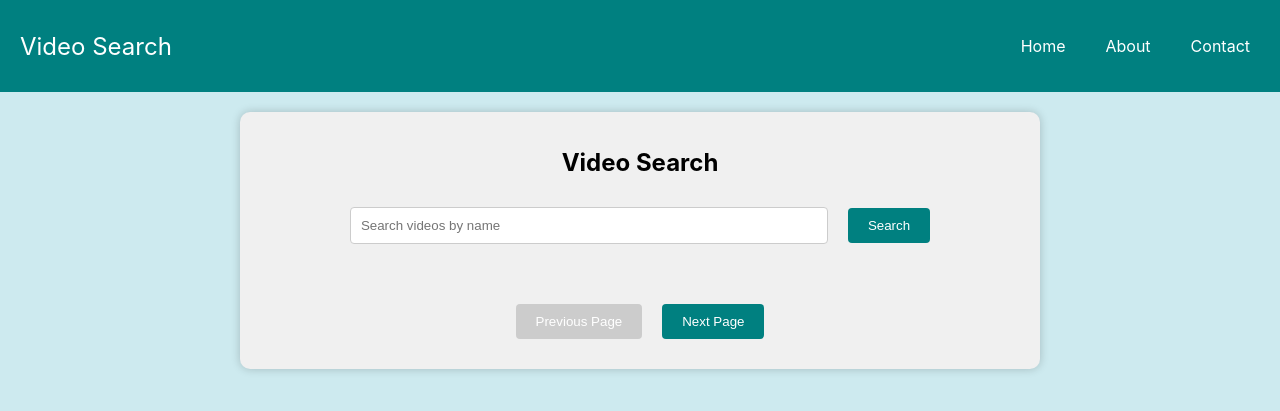
Repository: LolaSL/video-search
Page: /
The author's editor kept a copy of each file at every save. The page is drawn from the files as they stood at one save, then again after the next save.
The browser window is 1280 px wide. The pictures show the whole page.
The project was rebuilt for these pictures with package versions that can differ from the ones it lists, and the page was loaded fresh each time.

Above is the page before, as saved 2023-08-12 14:24:47.

### src/App.js
import React from 'react';
import './App.css';
import VideoSearch from './VideoSearch.jsx';
import Navbar from './Navbar.jsx';
import { BrowserRouter as Router } from 'react-router-dom';

function App() {
  return (
    <Router>
      <div className="App">
        <Navbar />
        <div className="container">
          <VideoSearch />
        </div>
      </div>
    </Router>
  );
}

export default App;

### src/App.css
.App {
  text-align: center;
  text-shadow: 1px 1px solid grey;
  background: #cdeaef;
  height: 100vh;
}

.container {
  max-width: 800px;
  margin: 0 auto;
  padding: 20px;
}

h1 {
  font-size: 24px;
  margin-bottom: 20px;
}

input[type="text"] {
  padding: 10px;
  width: 60%;
  margin: 10px;
  border: 1px solid #ccc;
  border-radius: 4px;
}

.video-search-container {
  max-width: 800px;
  margin: 0 auto;
  padding: 20px;
  background-color: #f0f0f0;
  border-radius: 10px;
  box-shadow: 0 0 10px rgba(0, 0, 0, 0.2);
}

/* Video List */
.video-list {
  display: grid;
  grid-template-columns: repeat(auto-fill, minmax(300px, 1fr));
  gap: 20px;
  margin-top: 20px;
}

/* Video Item */
.video-item {
  background-color: #ffffff;
  border-radius: 10px;
  box-shadow: 0 4px 6px rgba(0, 0, 0, 0.1);
}

.video-container {
  position: relative;
  overflow: hidden;
  padding-top: 56.25%;
}

.video-frame {
  position: absolute;
  top: 0;
  left: 0;
  width: 100%;
  height: 100%;
}

.video-iframe {
  width: 100%;
  height: 100%;
  border: none;
}

button {
  margin: 10px;
  padding: 10px 20px;
  background: teal;
  color: #fff;
  border: none;
  border-radius: 4px;
  cursor: pointer;
}

button:disabled {
  background-color: #ccc;
  cursor: not-allowed;
}

iframe {
  width: 100%;
  height: 415px;
  border: none;
  margin-top: 15px;
}

.video-item {
  margin: 20px 0;
  padding: 20px;
  border: 1px solid #ccc;
  border-radius: 4px;
}

.video-title {
  font-size: 18px;
  margin-bottom: 10px;
}

.pagination {
  margin-top: 20px;
}

.pagination button {
  margin-right: 10px;
}
/* Navbar styles */
.navbar {
  display: flex;
  justify-content: space-between;
  align-items: center;
  padding: 10px 20px;
  background: teal;
  color: white;
}

.navbar-logo {
  font-size: 1.5rem;
}

.nav-toggle {
  display: none;
  background: none;
  border: none;
  color: white;
  font-size: 1rem;
  cursor: pointer;
}

.navbar-nav {
  list-style: none;
  display: flex;
  gap: 20px;
}

.nav-item {
  padding: 10px;
}

.nav-link {
  color: white;
  text-decoration: none;
}

/* Show the navigation links when the navbar is open */
.navbar-nav.open {
  display: flex;
  flex-direction: column;
  position: absolute;
  background-color: #333;
  top: 55px;
  right: 20px;
  z-index: 1000;
}

@media screen and (max-width: 768px) {
  .container {
    padding: 10px;
    margin: 30px;
  }

  input[type="text"] {
    width: 80%;
    margin: 20px;
    margin-bottom: 10px;
  }

  button {
    width: 50%;
    margin-bottom: 10px;
  }

  .video-item {
    padding: 10px;
    margin: 10px 20px;
  }

  .pagination {
    text-align: center;
  }
}

### src/VideoSearch.jsx
import React, { useState } from 'react';
import axios from "axios";

const API_KEY = 'AIzaSyAZw_7fp6hzKHZ_UNfC9jRiNJBWZQnTOmM';
const CHANNEL_ID = 'CSgDjZ_Vv8g';
const RESULTS_PER_PAGE = 10;


const VideoSearch = () => {
  const [videos, setVideos] = useState([]);
  const [searchTerm, setSearchTerm] = useState('');
  const [currentPage, setCurrentPage] = useState(1);

  const searchVideos = async () => {
    try {
      const response = await axios.get(
        `https://www.googleapis.com/youtube/v3/search?key=${API_KEY}&channelId=${CHANNEL_ID}&part=snippet,id&type=video&q=${searchTerm}&maxResults=${RESULTS_PER_PAGE}&pageToken=${currentPage > 1 ? videos.length : ''}`
      );

      setVideos(response.data.items);
    } catch (error) {
      console.error('Error fetching videos:', error);
    }
  };

  const handlePageChange = (newPage) => {
    setCurrentPage(newPage);
    searchVideos();
  };

  return (
    <div className="video-search-container">
      <h1>Video Search</h1>
      <input
        type="text"
        placeholder="Search videos by name"
        value={searchTerm}
        onChange={(e) => setSearchTerm(e.target.value)}
      />
      <button onClick={() => handlePageChange(1)}>Search</button>

      <div className="video-list">
        {videos.map((video) => (
          <div key={video.id.videoId} className="video-item">
            <h2>{video.snippet.title}</h2>
            <div className="video-container">
              <div className="video-frame">
                <iframe
                  title={video.snippet.title}
                  src={`https://www.youtube.com/embed/${video.id.videoId}`}
                  className="video-iframe"
                  allowFullScreen
                ></iframe>
              </div>
            </div>
          </div>
        ))}
      </div>

      <div className="pagination">
        <button
          onClick={() => handlePageChange(currentPage - 1)}
          disabled={currentPage === 1}
        >
          Previous Page
        </button>
        <button onClick={() => handlePageChange(currentPage + 1)}>Next Page</button>
      </div>
    </div>
  );
};

export default VideoSearch;

### src/Navbar.jsx
import React, { useState } from 'react';
import { Link } from 'react-router-dom';

const Navbar = () => {
  const [isNavOpen, setIsNavOpen] = useState(false);

  const toggleNav = () => {
    setIsNavOpen(!isNavOpen);
  };

  return (
    <nav className="navbar">
      <div className="navbar-brand">
        <span className="navbar-logo">Video Search</span>
      </div>
      <button className="nav-toggle" onClick={toggleNav}>
        {isNavOpen ? 'Close' : 'Open'}
      </button>
      <ul className={`navbar-nav ${isNavOpen ? 'open' : ''}`}>
        <li className="nav-item">
          <Link to="/" className="nav-link">Home</Link>
        </li>
        <li className="nav-item">
          <Link to="/about" className="nav-link">About</Link>
        </li>
        <li className="nav-item">
          <Link to="/contact" className="nav-link">Contact</Link>
        </li>
      </ul>
    </nav>
  );
};

export default Navbar;

Loaded but not shown: public/index.html (common file); src/index.js (common file); src/index.css (common file); src/reportWebVitals.js (common file)

After the next save:
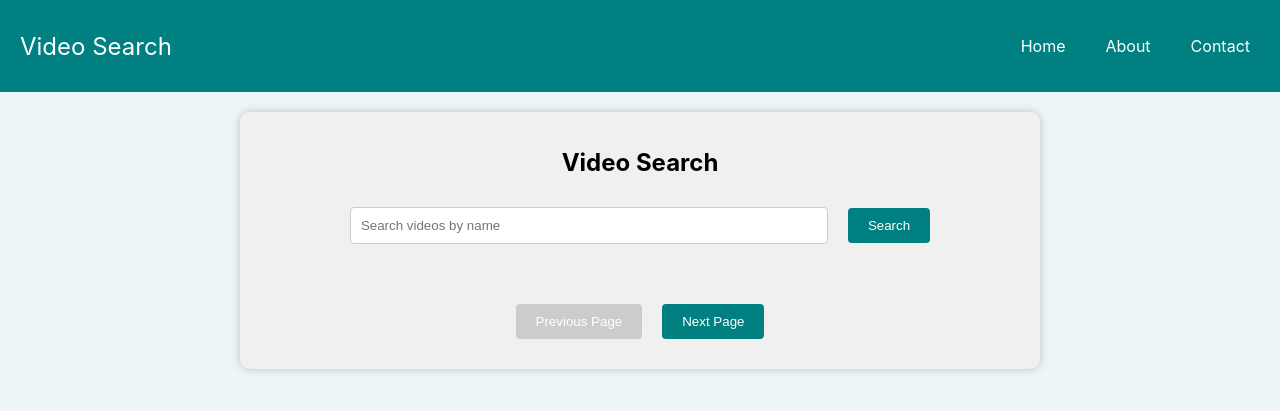
Saved 13 s later.
--- a/src/App.css
+++ b/src/App.css
@@ -1,7 +1,7 @@
 .App {
   text-align: center;
   text-shadow: 1px 1px solid grey;
-  background: #cdeaef;
+  background: #eef5f7;
   height: 100vh;
 }
 

After the 2 saves that followed:
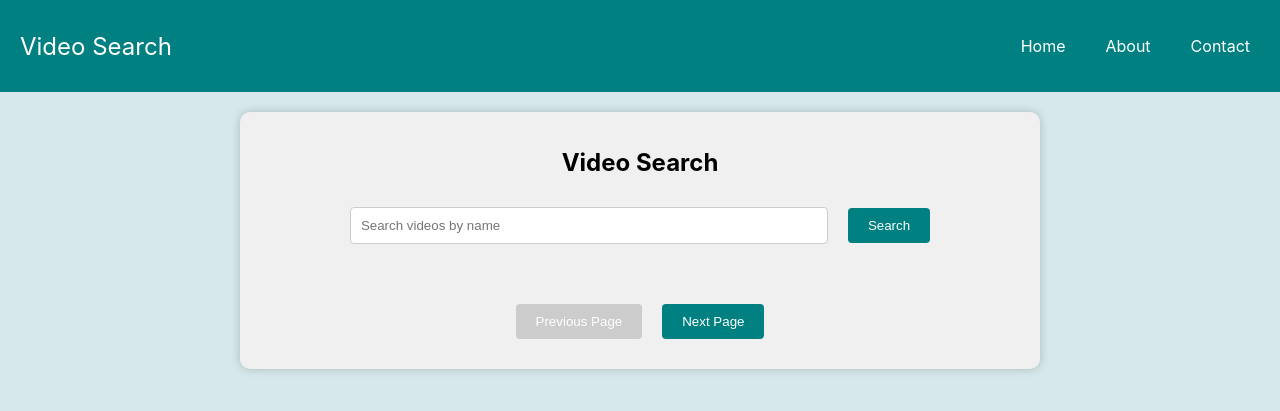
The 2 saves are shown as one change because they came seconds apart.
The last was saved 25 s later.
--- a/src/App.css
+++ b/src/App.css
@@ -1,7 +1,7 @@
 .App {
   text-align: center;
   text-shadow: 1px 1px solid grey;
-  background: #eef5f7;
+  background:#d6e8eb ;
   height: 100vh;
 }
 
